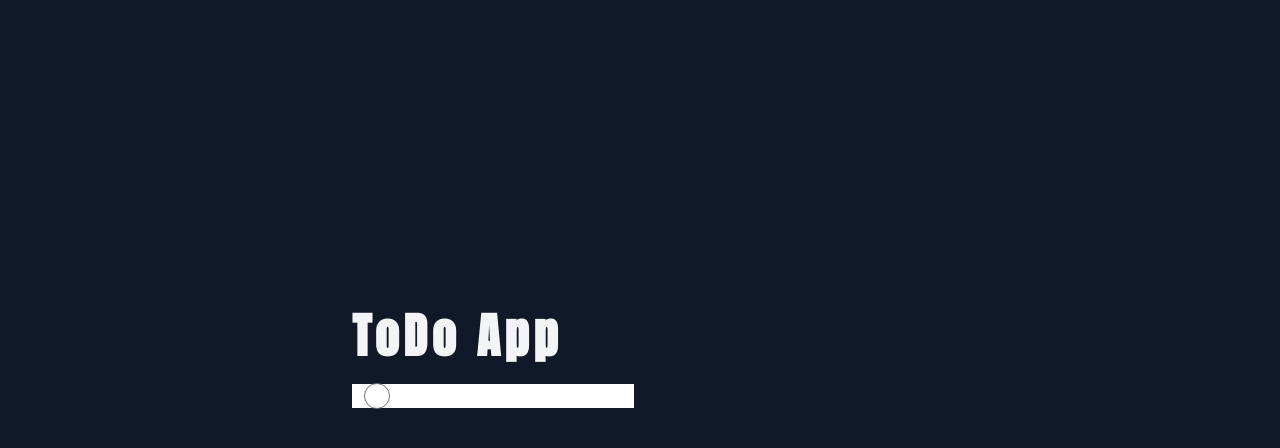
Repository: mvbri/app-todo-fullstack
Page: /
The author's editor kept a copy of each file at every save. The page is drawn from the files as they stood at one save, then again after the next save.
The browser window is 1280 px wide. The pictures show the whole page.
The project was rebuilt for these pictures with package versions that can differ from the ones it lists, and the page was loaded fresh each time. Also part of the build but not shown: src/App.css.

Above is the page before, as saved 2023-04-09 12:29:41.

After the next save:
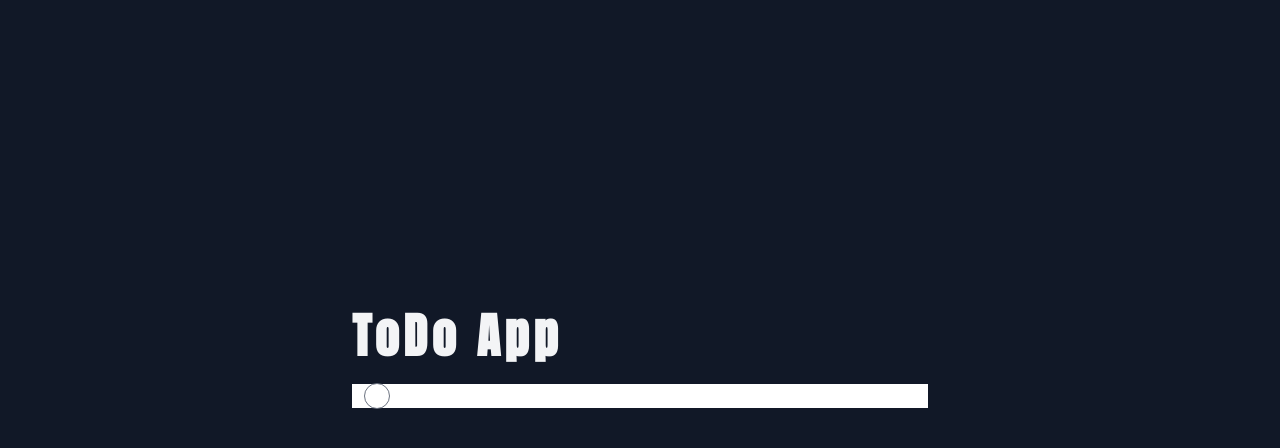
Saved 10 s later.
--- a/src/components/TodoInput.js
+++ b/src/components/TodoInput.js
@@ -8,7 +8,7 @@ function TodoInput() {
 			</div>
 			<input
 				type='text'
-				className='focus:shadow-lg font-inter focus:shadow-blue-800 pl-12'
+				className='focus:shadow-lg font-inter focus:shadow-blue-800 pl-12 w-full'
 			></input>
 		</div>
 	);
